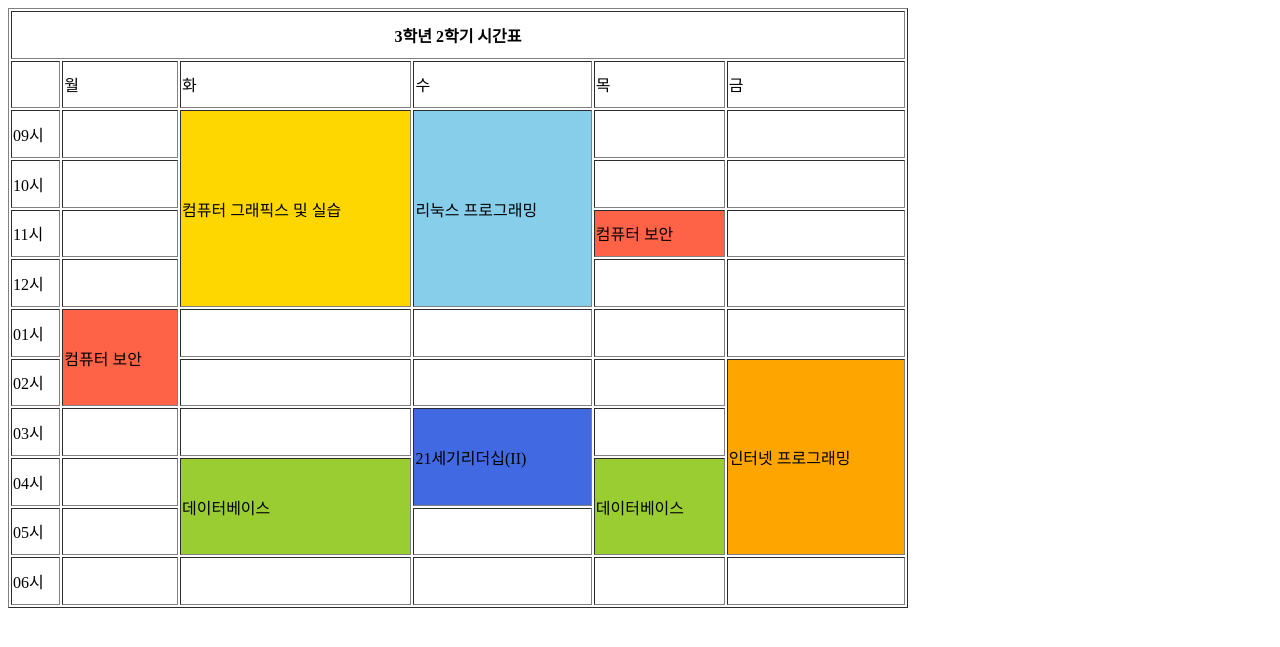
Repository: Cha-Ji/InternetProgramming
Page: week01/WebContent/hw04.html
An editor plug-in stored every save of this project. The page is shown before and after the next save, followed by the edit.
The browser window is 1280 px wide. The pictures show the whole page.

Above is the page before, as saved 2020-09-06 14:09:50.

### week01/WebContent/hw04.html
<!DOCTYPE html>
<html>
<head>
<meta charset="UTF-8">
<title>3-2 시간표</title>
</head>
<body>
	<table border="1" width ="900" height = "600" >
	<th colspan = "6" font = "15">3학년 2학기 시간표</th>
	<tr>
	    <td></td><td>월</td><td>화</td><td>수</td><td>목</td><td>금</td>
	</tr>
	<tr>
	    <td>09시</td>
	    <td></td>
	    <td rowspan = "4" bgcolor = "gold">컴퓨터 그래픽스 및 실습</td>
	    <td rowspan = "4" bgcolor = "skyblue">리눅스 프로그래밍</td>
	    <td></td>
	    <td></td>
	</tr>
	<tr>
	    <td>10시</td>
	    <td></td>
	    <td></td>
	    <td></td>

	</tr>
	<tr>
	    <td>11시</td>
	    <td></td>
	    <td bgcolor = "tomato">컴퓨터 보안</td>
	    <td></td>
	</tr>
		<tr>
	    <td>12시</td>
	    <td></td>
	    <td></td>
	    <td></td>
	</tr>
	<tr>
	    <td>01시</td>
	    <td rowspan = "2" bgcolor = "tomato">컴퓨터 보안</td>
	    <td></td>
	    <td></td>
	    <td></td>
	    <td></td>
	</tr>
	<tr>
	    <td>02시</td>
	    <td></td>
	    <td></td>
	    <td></td>
	    <td rowspan = "4" bgcolor = "orange">인터넷 프로그래밍</td>
	</tr>
		<tr>
	    <td>03시</td>
	    <td></td>
	    <td></td>
	    <td rowspan = "2" bgcolor = "royalblue">21세기리더십(II)</td>
	    <td></td>
	</tr>
		<tr>
	    <td>04시</td>
	    <td></td>
	    <td rowspan = "2" bgcolor = "yellowgreen">데이터베이스</td>
	    <td rowspan = "2" bgcolor = "yellowgreen">데이터베이스</td>
	</tr>
	<tr>
	    <td>05시</td>
	    <td></td>
	    <td></td>
	</tr>
	<tr>
	    <td>06시</td>
	    <td></td>
	    <td></td>
	    <td></td>
	    <td></td>
	    <td></td>
	</tr>
    </table>
</body>
</html>

After the next save:
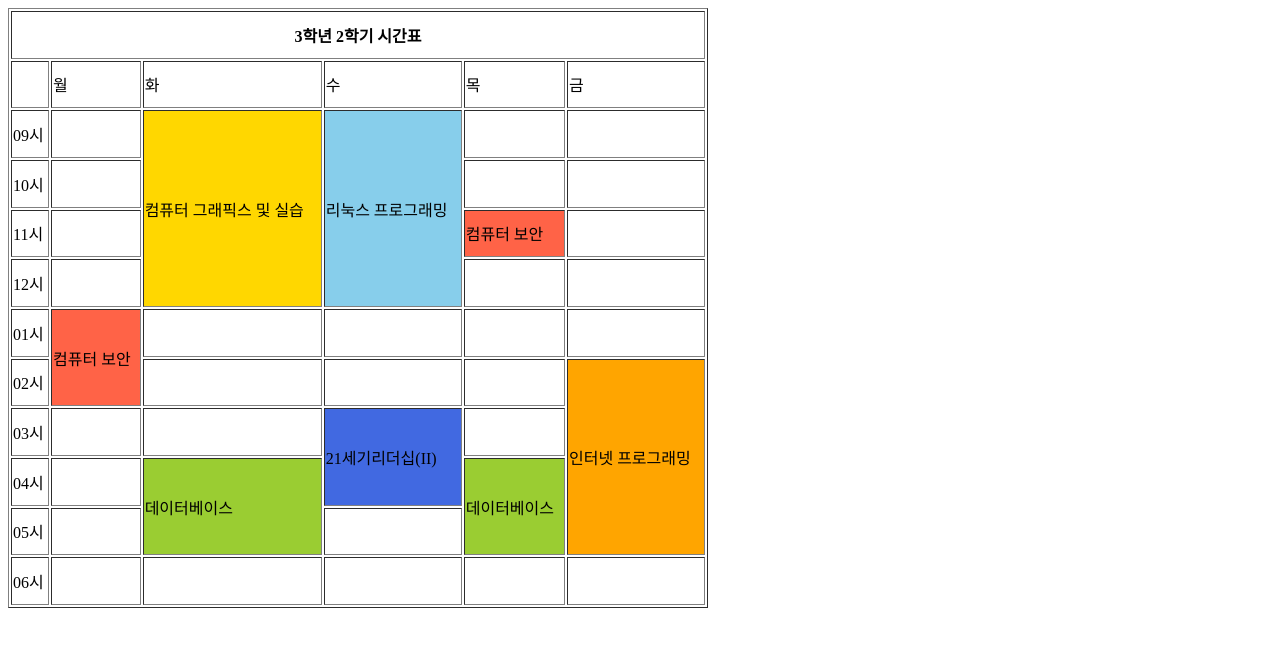
Saved 40 s later.
--- a/week01/WebContent/hw04.html
+++ b/week01/WebContent/hw04.html
@@ -5,7 +5,7 @@
 <title>3-2 시간표</title>
 </head>
 <body>
-	<table border="1" width ="900" height = "600" >
+	<table border="1" width ="700" height = "600" >
 	<th colspan = "6" font = "15">3학년 2학기 시간표</th>
 	<tr>
 	    <td></td><td>월</td><td>화</td><td>수</td><td>목</td><td>금</td>
